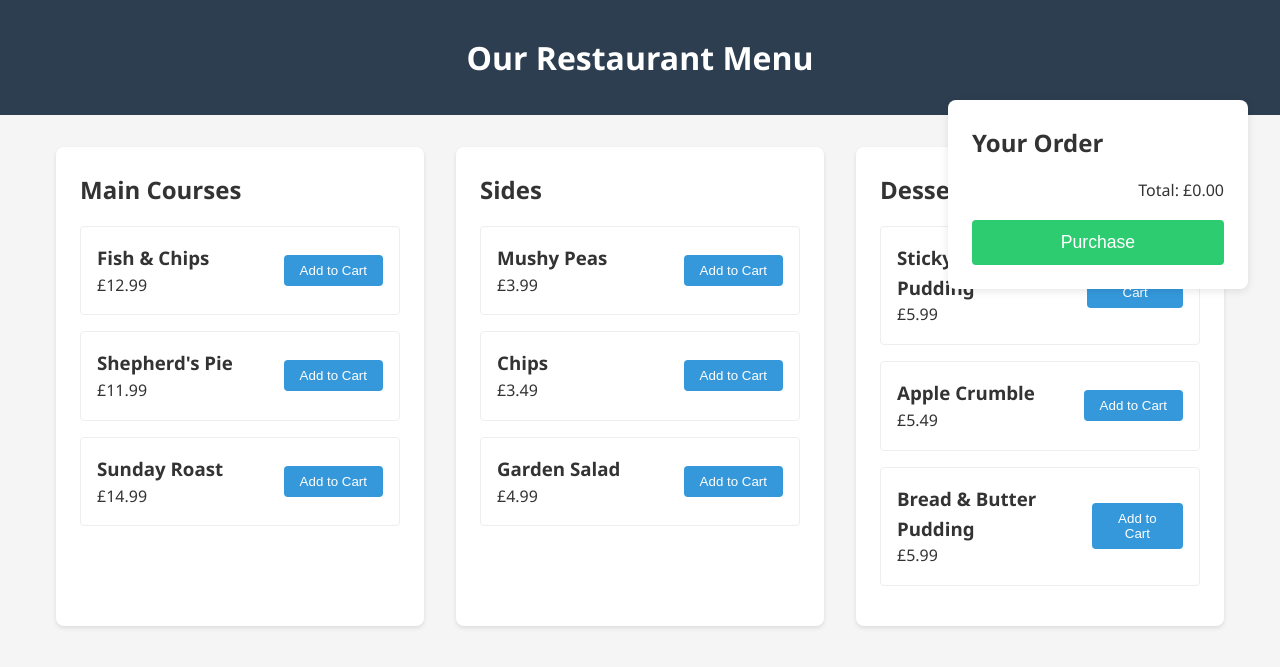
Repository: belloncompany/techie-bear
Page: ui/index.html
An editor plug-in stored every save of this project. The page is shown before and after the next save, followed by the edit.
The browser window is 1280 px wide. The pictures show the whole page.
The page's requests for data from a server got no answer.

Above is the page before, as saved 2025-05-05 18:49:14.

After the next save:
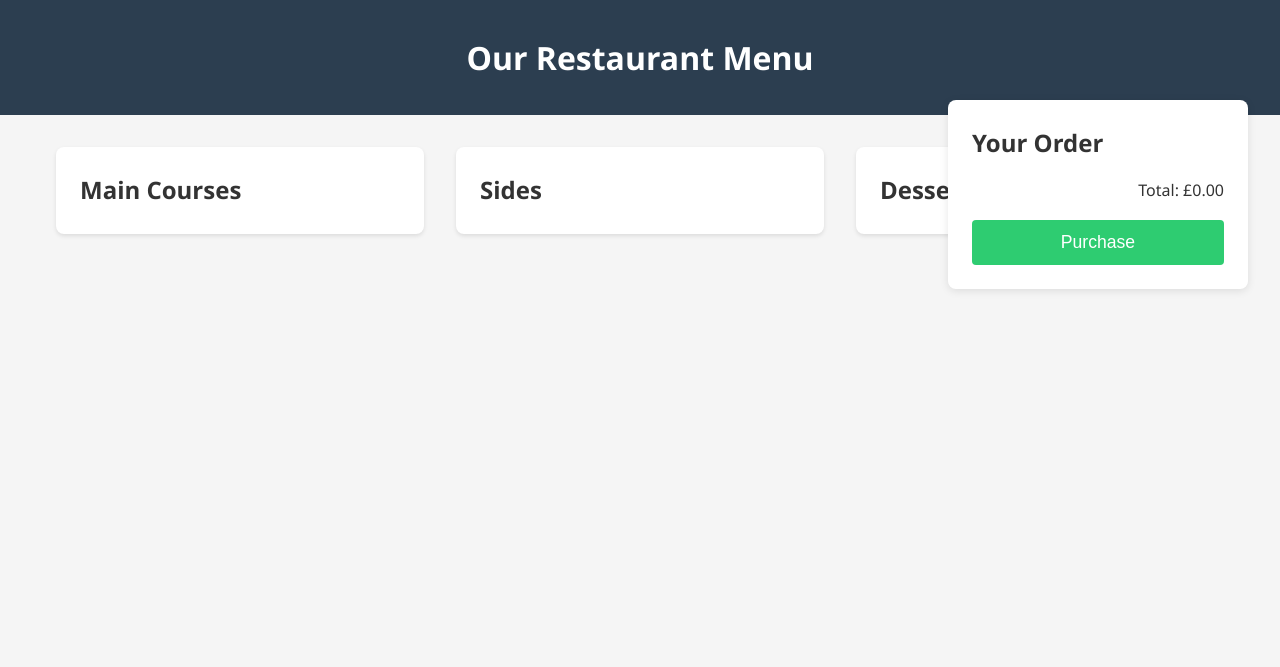
Saved 2 min 4 s later.
--- a/ui/script.js
+++ b/ui/script.js
@@ -1,24 +1,9 @@
-// Menu data
-const menuData = {
-    mainCourses: [
-        { id: 1, name: 'Fish & Chips', price: 12.99 },
-        { id: 2, name: 'Shepherd\'s Pie', price: 11.99 },
-        { id: 3, name: 'Sunday Roast', price: 14.99 }
-    ],
-    sides: [
-        { id: 4, name: 'Mushy Peas', price: 3.99 },
-        { id: 5, name: 'Chips', price: 3.49 },
-        { id: 6, name: 'Garden Salad', price: 4.99 }
-    ],
-    desserts: [
-        { id: 7, name: 'Sticky Toffee Pudding', price: 5.99 },
-        { id: 8, name: 'Apple Crumble', price: 5.49 },
-        { id: 9, name: 'Bread & Butter Pudding', price: 5.99 }
-    ]
-};
+// API endpoints
+const API_BASE_URL = 'http://localhost:3000/api';
 
 // Cart state
 let cart = [];
+let menuData = {};
 
 // Helper functions
 const formatPrice = (price) => `£${price.toFixed(2)}`;
@@ -35,28 +20,80 @@ const updateCartDisplay = () => {
         <div class="cart-item">
             <span>${item.name} x${item.quantity}</span>
             <span>${formatPrice(item.price * item.quantity)}</span>
-            <button onclick="removeFromCart(${item.id})">Remove</button>
+            <button onclick="removeFromCart('${item.id}')">Remove</button>
         </div>
     `).join('');
 
     totalAmount.textContent = formatPrice(calculateTotal());
 };
 
-// Cart management functions
-const addToCart = (itemId) => {
-    const allItems = [...menuData.mainCourses, ...menuData.sides, ...menuData.desserts];
-    const itemToAdd = allItems.find(item => item.id === itemId);
+// API functions
+const fetchMenu = async () => {
+    try {
+        const response = await fetch(`${API_BASE_URL}/menu`);
+        if (!response.ok) throw new Error('Failed to fetch menu');
+        menuData = await response.json();
+        return menuData;
+    } catch (error) {
+        console.error('Error fetching menu:', error);
+        alert('Failed to load menu. Please try again later.');
+    }
+};
 
-    if (itemToAdd) {
-        const existingItem = cart.find(item => item.id === itemId);
+const createOrder = async () => {
+    try {
+        const orderItems = cart.map(item => ({
+            menuItemId: item.id,
+            quantity: item.quantity
+        }));
 
-        if (existingItem) {
-            existingItem.quantity += 1;
-        } else {
-            cart.push({ ...itemToAdd, quantity: 1 });
+        const response = await fetch(`${API_BASE_URL}/orders`, {
+            method: 'POST',
+            headers: {
+                'Content-Type': 'application/json'
+            },
+            body: JSON.stringify({ items: orderItems })
+        });
+
+        if (!response.ok) {
+            const error = await response.json();
+            throw new Error(error.error || 'Failed to create order');
         }
 
-        updateCartDisplay();
+        const order = await response.json();
+        return order;
+    } catch (error) {
+        console.error('Error creating order:', error);
+        throw error;
+    }
+};
+
+// Cart management functions
+const addToCart = async (itemId) => {
+    try {
+        const response = await fetch(`${API_BASE_URL}/menu/${itemId}`);
+        if (!response.ok) throw new Error('Failed to fetch menu item');
+        const itemToAdd = await response.json();
+
+        if (itemToAdd) {
+            const existingItem = cart.find(item => item.id === itemId);
+
+            if (existingItem) {
+                existingItem.quantity += 1;
+            } else {
+                cart.push({
+                    id: itemToAdd.id,
+                    name: itemToAdd.name,
+                    price: parseFloat(itemToAdd.price),
+                    quantity: 1
+                });
+            }
+
+            updateCartDisplay();
+        }
+    } catch (error) {
+        console.error('Error adding item to cart:', error);
+        alert('Failed to add item to cart. Please try again.');
     }
 };
 
@@ -82,29 +119,39 @@ const createMenuItems = (items, containerId) => {
         <div class="menu-item">
             <div>
                 <h3>${item.name}</h3>
-                <p>${formatPrice(item.price)}</p>
+                <p>${formatPrice(parseFloat(item.price))}</p>
+                <p class="description">${item.description || ''}</p>
             </div>
-            <button onclick="addToCart(${item.id})">Add to Cart</button>
+            <button onclick="addToCart('${item.id}')">Add to Cart</button>
         </div>
     `).join('');
 };
 
 // Setup purchase button
-document.getElementById('purchaseBtn').addEventListener('click', () => {
+document.getElementById('purchaseBtn').addEventListener('click', async () => {
     if (cart.length === 0) {
         alert('Please add items to your cart before purchasing.');
         return;
     }
 
-    const total = calculateTotal();
-    alert(`Thank you for your order! Total: ${formatPrice(total)}`);
-    cart = [];
-    updateCartDisplay();
+    try {
+        const order = await createOrder();
+        alert(`Order created successfully! Order ID: ${order.id}\nTotal: ${formatPrice(order.totalAmount)}`);
+        cart = [];
+        updateCartDisplay();
+    } catch (error) {
+        alert(error.message || 'Failed to create order. Please try again.');
+    }
 });
 
 // Initialize menu
-window.onload = () => {
-    createMenuItems(menuData.mainCourses, 'mainCourses');
-    createMenuItems(menuData.sides, 'sides');
-    createMenuItems(menuData.desserts, 'desserts');
+window.onload = async () => {
+    try {
+        const menu = await fetchMenu();
+        createMenuItems(menu.mainCourses || [], 'mainCourses');
+        createMenuItems(menu.sides || [], 'sides');
+        createMenuItems(menu.desserts || [], 'desserts');
+    } catch (error) {
+        console.error('Failed to initialize menu:', error);
+    }
 };
